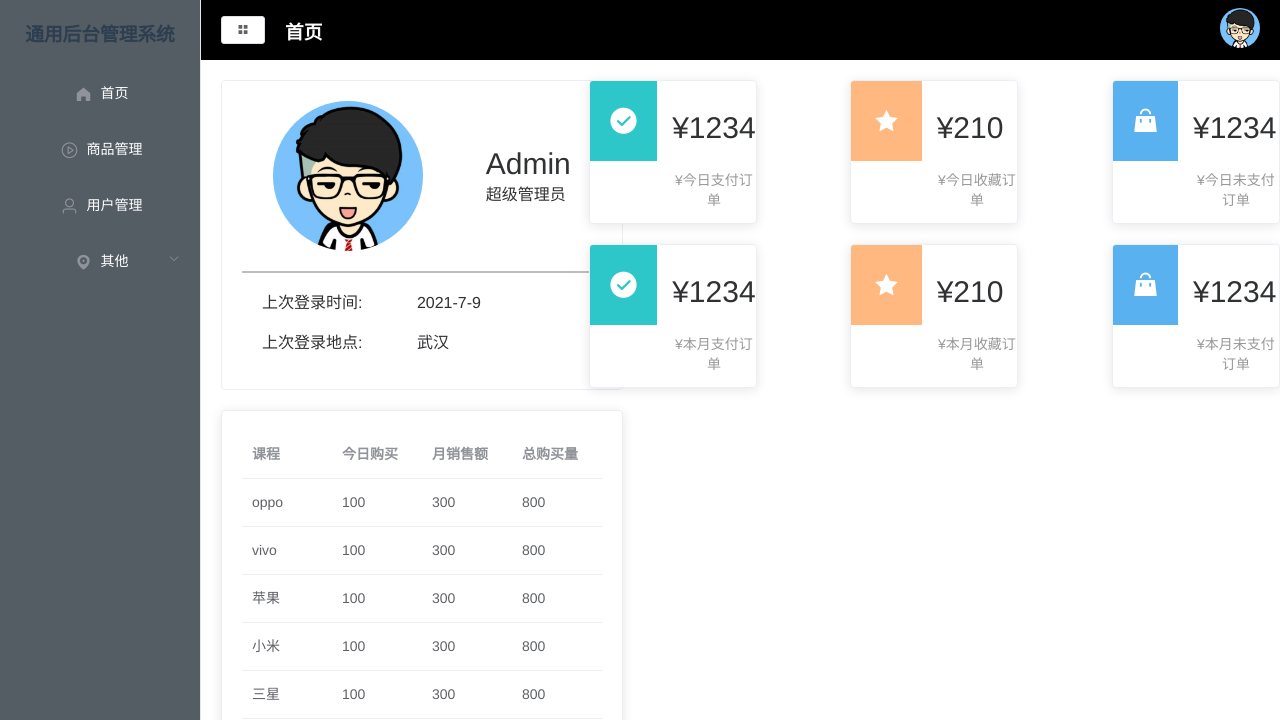
Repository: 385841539/VueStudy
Page: / (app in vue_cli/)
The author's editor kept a copy of each file at every save. The page is drawn from the files as they stood at one save, then again after the next save.
The browser window is 1280 px wide. The pictures show the whole page.
An inner scrolling area shows only its first screen. The project was rebuilt for these pictures with package versions that can differ from the ones it lists, and the page was loaded fresh each time. Also part of the build but not shown: vue_cli/vue.config.js.

Above is the page before, as saved 2022-01-13 14:58:22.

### vue_cli/public/index.html
<!DOCTYPE html>
<html lang="">

<head>
  <meta charset="utf-8">
  <meta http-equiv="X-UA-Compatible" content="IE=edge">
  <meta name="viewport" content="width=device-width,initial-scale=1.0">
  <link rel="icon" href="<%= BASE_URL %>favicon.ico">
  <title>
    <%= htmlWebpackPlugin.options.title %>
  </title>
  <style>
    body {

      padding: 0px;
      margin: 0px;
      width: 100%;
      height: 100%;

    }
  </style>
</head>

<body>
  <noscript>
    <strong>We're sorry but <%= htmlWebpackPlugin.options.title %> doesn't work properly without JavaScript enabled.
        Please enable it to continue.</strong>
  </noscript>
  <div id="app"></div>
  <!-- built files will be auto injected -->
</body>

</html>

### vue_cli/src/main.js
import Vue from 'vue'
import App from './App.vue'
import './registerServiceWorker'
import router from './router'
import store from './store'

import ElementUI from 'element-ui';
import 'element-ui/lib/theme-chalk/index.css';

Vue.use(ElementUI);


Vue.config.productionTip = false



new Vue({
  router,
  store,
  render: h => h(App)
}).$mount('#app')

### vue_cli/src/App.vue
<template>
  <div id="app">
    <!-- <p>这是一个P段落</p>
    <el-button>按钮</el-button>
    <el-button type="info">信息</el-button>
    <el-radio v-model="radio" label="1">备选项1</el-radio>
    <el-radio v-model="radio" label="2">备选项1</el-radio>

    <div>
      <router-link to="/">去home组件</router-link>
      <router-link to="/about">去about组件</router-link>
    </div> -->

    <router-view></router-view>
  </div>
</template>
<script>


export default {
  data() {
    return {
      radio: "1",
    };
  },
};
</script>


<style lang="scss">
#app {
  font-family: Avenir, Helvetica, Arial, sans-serif;
  -webkit-font-smoothing: antialiased;
  -moz-osx-font-smoothing: grayscale;
  text-align: center;
  color: #2c3e50;
}

#nav {
  padding: 30px;

  a {
    font-weight: bold;
    color: #2c3e50;

    &.router-link-exact-active {
      color: #42b983;
    }
  }
}
</style>

### vue_cli/src/router/index.js
import Vue from 'vue'
import VueRouter from 'vue-router'
import Main from '../views/Main.vue'

Vue.use(VueRouter)

const routes = [
  {
    path: '/',
    name: 'main',
    component: Main,
    children: [

      {
        path: "/",
        name: "home",
        component: () => import('@/views/Home/Home')

      },
      {
        path: "/mall",
        name: "mall",
        component: () => import('@/views/Mall/Mall')

      },

    ]
  },
  {
    path: '/about',
    name: 'About',
    // route level code-splitting
    // this generates a separate chunk (about.[hash].js) for this route
    // which is lazy-loaded when the route is visited.
    component: () => import(/* webpackChunkName: "about" */ '../views/About.vue')
  }
]

const router = new VueRouter({
  mode: 'history',
  base: process.env.BASE_URL,
  routes
})

export default router

### vue_cli/src/store/index.js
import Vue from 'vue'
import Vuex from 'vuex'
import tab from "./tab"

Vue.use(Vuex)

export default new Vuex.Store({
  state: {
  },
  mutations: {
  },
  actions: {
  },
  modules: {
    tab
  }
})

### vue_cli/src/views/Main.vue
<template>
  <el-container style="height: 100vh">
    <el-aside width="auto">
      <CommonAside></CommonAside>
    </el-aside>
    <el-container>
      <el-header>
        <CommonHeader></CommonHeader>
      </el-header>
      <el-main>
        <router-view></router-view>
      </el-main>
    </el-container>
  </el-container>
</template>

<script>
// @ is an alias to /src
import CommonAside from "../components/CommonAside.vue";
import CommonHeader from "../components/CommonHeader.vue";

export default {
  name: "main",
  components: {
    CommonAside,
    CommonHeader,
  },
};
</script>
<style lang='scss' scoped>
.el-container {
  padding: 0px;
  max-width: 100%;
}
.el-aside {
  margin: 0px;
  padding: 0px;
}
.el-header {
  background-color: black;
  width: 100%;
  padding: 0%;
  margin: 0%;
}
.el-main {
  padding: 0px;
  height: 100%;
  width: 100%;
}
.router-view {
  padding: 0px;
  height: 100%;
  width: 100%;
}
</style>

### vue_cli/src/views/Home/Home.vue




<template>
  <div>
    <el-row :gutter="24">
      <el-col :span="8" style="margin-top: 20px">
        <el-card shadow="hover">
          <div class="user">
            <img :src="userImg" />
            <div class="userInfo">
              <p style="font-size: 30px">Admin</p>
              <p>超级管理员</p>
            </div>
          </div>

          <div class="loginInfo">
            <p>上次登录时间: <span>2021-7-9</span></p>
            <p>上次登录地点: <span>武汉</span></p>
          </div>
        </el-card>
        <el-card style="height: 470px; margin-top: 20px">
          <el-table :data="tableData">
            <el-table-column
              show-overflow-tooltip
              v-for="(value, key) in tableLabel"
              :key="key"
              :prop="key"
              :label="value"
            ></el-table-column>
          </el-table>
        </el-card>
      </el-col>
      <el-col :span="16" style="margin-top: 20px">
        <div class="num">
          <el-card
            shandow="hover"
            v-for="item in countData"
            :key="item.name"
            :body-style="{ display: 'flex', padding: 0 }"
          >            <i
              class="icon"
              :class="`el-icon-${item.icon}`"
              :style="{ background: item.color }"
            ></i>
            <div class="detail">
              <p class="num">¥{{ item.value }}</p>
              <p class="txt">¥{{ item.name }}</p>
            </div>
          </el-card>
        </div>
      </el-col>
    </el-row>
  </div>
</template>



<script>
export default {
  data() {
    return {
      userImg: require("../../assets/images/user.png"),
      tableData: [
        {
          name: "oppo",
          todayBuy: 100,
          monthBuy: 300,
          totalBuy: 800,
        },
        {
          name: "vivo",
          todayBuy: 100,
          monthBuy: 300,
          totalBuy: 800,
        },
        {
          name: "苹果",
          todayBuy: 100,
          monthBuy: 300,
          totalBuy: 800,
        },
        {
          name: "小米",
          todayBuy: 100,
          monthBuy: 300,
          totalBuy: 800,
        },
        {
          name: "三星",
          todayBuy: 100,
          monthBuy: 300,
          totalBuy: 800,
        },
        {
          name: "魅族",
          todayBuy: 100,
          monthBuy: 300,
          totalBuy: 800,
        },
      ],
      tableLabel: {
        name: "课程",
        todayBuy: "今日购买",
        monthBuy: "月销售额",
        totalBuy: "总购买量",
      },
      countData: [
        {
          name: "今日支付订单",
          value: 1234,
          icon: "success",
          color: "#2ec7c9",
        },
        {
          name: "今日收藏订单",
          value: 210,
          icon: "star-on",
          color: "#ffb980",
        },
        {
          name: "今日未支付订单",
          value: 1234,
          icon: "s-goods",
          color: "#5ab1ef",
        },
        {
          name: "本月支付订单",
          value: 1234,
          icon: "success",
          color: "#2ec7c9",
        },
        {
          name: "本月收藏订单",
          value: 210,
          icon: "star-on",
          color: "#ffb980",
        },
        {
          name: "本月未支付订单",
          value: 1234,
          icon: "s-goods",
          color: "#5ab1ef",
        },
      ],
    };
  },
};
</script>


<style  lang="scss" scoped>
// div {
//   background: blue;
//   height: 100%;
//   padding: 0px;
//   margin: 0px;
// }
.el-card {
  width: 400px;
  margin-left: 20px;
}

.user {
  display: flex;
  align-items: center;
  justify-content: space-around;
  border-bottom: 2px solid rgb(194, 189, 189);

  padding-bottom: 20px;
  .userInfo {
    text-align: start;

    p {
      margin: 0px;
    }
  }
  img {
    width: 150px;
    height: 150px;
    border-radius: 50%;
  }
}

.loginInfo {
  // background-color: yellowgreen;
  margin-top: 0px;
  text-align: start;
  padding-left: 20px;

  span {
    margin-left: 50px;
  }
}

.num {
  display: flex;
  flex-wrap: wrap;
  justify-content: space-between;
  .el-card {
    width: 23.3333%;
    margin-bottom: 20px;
  }
  .icon {
    font-size: 30px;
    width: 80px;
    height: 80px;
    text-align: center;
    line-height: 80px;
    color: #fff;
  }
  .detail {
    margin-left: 15px;
    display: flex;
    flex-direction: column;
    justify-content: center;
    .num {
      font-size: 30px;
      margin-bottom: 10px;
    }
    .txt {
      font-size: 14px;
      text-align: center;
      color: #999999;
    }
  }
}
</style>

### vue_cli/src/store/tab.js
export default {


    state: {

        isCollapse: false

    },


    mutations: {

        collaspseMenu(state) {
            state.isCollapse = !state.isCollapse

        }



    }


}

### vue_cli/src/components/CommonAside.vue
<template>
  <el-menu
    class="el-menu-vertical-demo"
    :collapse="isCollapse"
    background-color="#545c64"
    text-color="#fff"
    active-text-color="#ffd04b"
  >
    <h3>{{ getName }}</h3>

    <el-menu-item
      :index="item.path"
      v-for="item in noChildren"
      :key="item.name"
      @click="clickMenu(item)"
    >
      <i :class="'el-icon-' + item.icon"></i>
      <span slot="title">{{ item.label }}</span>
    </el-menu-item>

    <el-submenu
      :index="item.label"
      v-for="item in hazChildren"
      :key="item.label"
    >
      <div slot="title">
        <i :class="'el-icon-' + item.icon"></i>
        <span>{{ item.label }}</span>
      </div>

      <el-menu-item-group>
        <el-menu-item
          v-for="(subItem, subIndex) in item.children"
          :index="subItem.path"
          :key="subIndex"
        >
          <i :class="'el-icon-' + subItem.icon"></i>
          <span slot="title">{{ subItem.label }}</span>
        </el-menu-item>
      </el-menu-item-group>
    </el-submenu>
  </el-menu>
</template>

<style>
.el-menu-vertical-demo:not(.el-menu--collapse) {
  width: 200px;
  height: 100%;
  min-height: 400px;
}

</style>


<script>
export default {
  data() {
    return {
      menu: [
        {
          path: "/",
          name: "home",
          label: "首页",
          icon: "s-home",
          url: "Home/Home",
        },
        {
          path: "/mall",
          name: "mall",
          label: "商品管理",
          icon: "video-play",
          url: "MallManage/MallManage",
        },
        {
          path: "/user",
          name: "user",
          label: "用户管理",
          icon: "user",
          url: "UserMange/UserMange",
        },
        {
          label: "其他",
          icon: "location",
          children: [
            {
              path: "/page1",
              name: "page1",
              label: "页面1",
              icon: "setting",
              url: "Other/PageOne",
            },
            {
              path: "/page2",
              name: "page2",
              label: "页面2",
              icon: "setting",
              url: "Other/PageTwo",
            },
          ],
        },
      ],
    };
  },
  methods: {
    clickMenu(item) {
      console.log(item);
      this.$router.push({ name: item.name });
    },
  },
  computed: {
    isCollapse() {
      return this.$store.state.tab.isCollapse;
    },
    getName() {
      if (this.isCollapse) return "后台";

      return "通用后台管理系统";
    },
    noChildren() {
      return this.menu.filter((item) => {
        console.log(item);
        return !item.children;
      });
    },
    hazChildren() {
      return this.menu.filter((item) => item.children);
    },
  },
};
</script>

### vue_cli/src/components/CommonHeader.vue
<template>
  <header>
    <div class="l-content">
      <el-button
        plain
        icon="el-icon-menu"
        size="mini"
        v-on:click="handleMenu"
      ></el-button>
      <h3 class="home-title">首页</h3>
    </div>

    <div class="r-content">
      <el-dropdown szie="mini" trigger="click">
        <span>
          <img :src="userImg" class="user" />
        </span>

        <el-dropdown-menu slot="dropdown">
          <el-dropdown-item>个人中心</el-dropdown-item>
          <el-dropdown-item>个人中心1</el-dropdown-item>
        </el-dropdown-menu>
      </el-dropdown>
    </div>
  </header>
</template>



<script>
export default {
  data() {
    return {
      userImg: require("../assets/images/user.png"),
    };
  },

  methods: {
    handleMenu() {
      this.$store.commit("collaspseMenu");
    },
  },
};
</script>


<style  lang="scss" scoped>
header {
  display: flex;
  height: 100%;
  width: 100%;
  align-items: center;
  justify-content: space-between;
  padding: 0;
  margin: 0;
}

.home-title {
  color: white;
}

.l-content {
  display: flex;
  align-items: center;
  margin-left: 20px;
  .el-button {
    margin-right: 20px;
  }
}

.r-content {
  .user {
    width: 40px;
    height: 40px;
    border-radius: 50%;
    margin-right: 20px;
  }
}
</style>

Loaded but not shown: vue_cli/src/registerServiceWorker.js (common file)

After the next save:
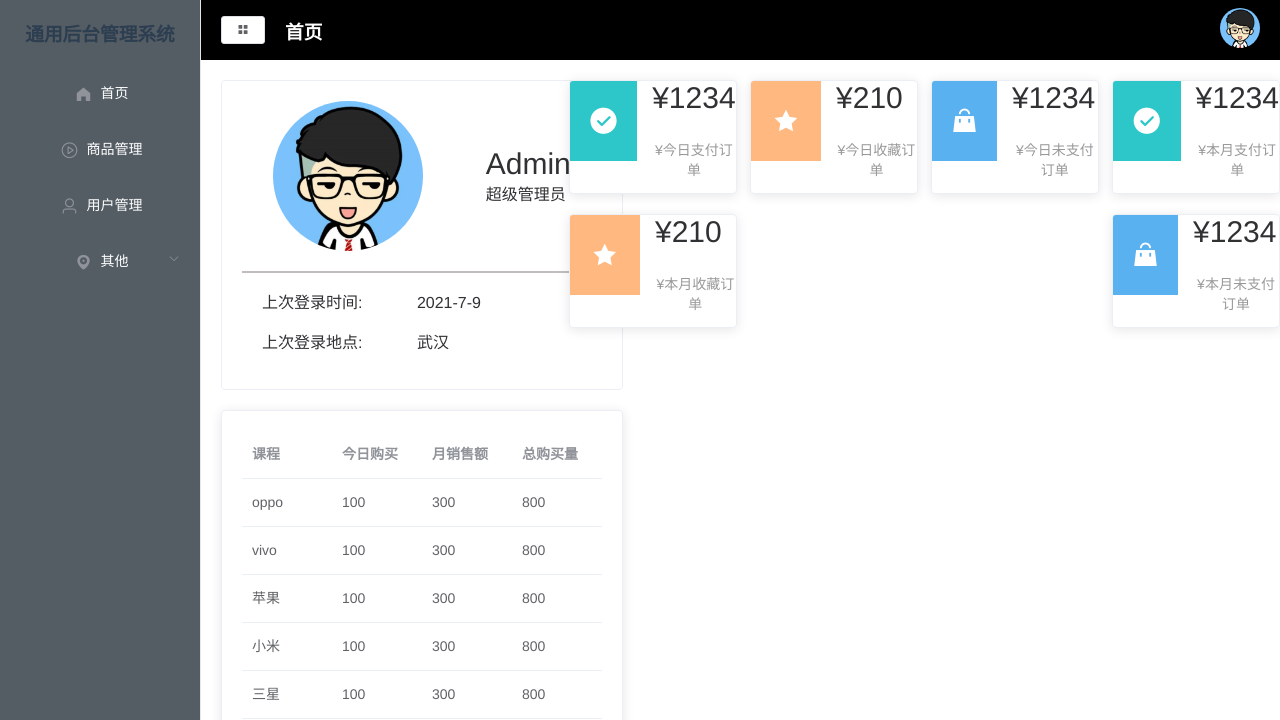
Saved 17 s later.
--- a/vue_cli/src/views/Home/Home.vue
+++ b/vue_cli/src/views/Home/Home.vue
@@ -198,7 +198,9 @@ export default {
   display: flex;
   flex-wrap: wrap;
   justify-content: space-between;
+  margin: 0px;
   .el-card {
+      margin: 0px;
     width: 23.3333%;
     margin-bottom: 20px;
   }
